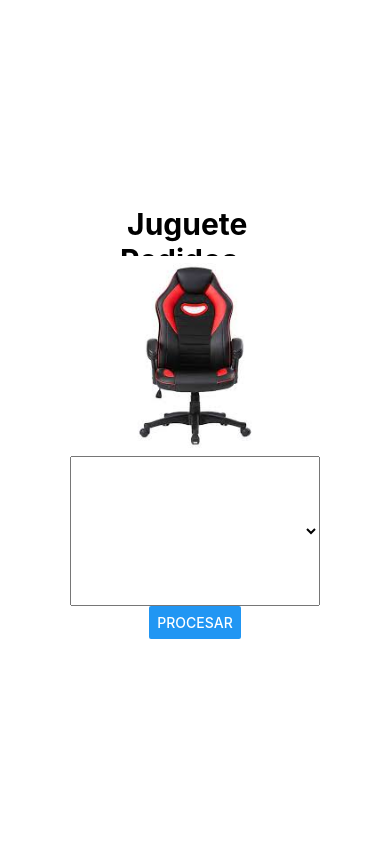
Repository: oscaredu1998/compras
Screen: / (app in frontend/)
The author's editor kept a copy of each file at every save. The screen is drawn from the files as they stood at one save, then again after the next save.
The app was drawn by React Native's web renderer in a window 390 px wide. The project was rebuilt for these pictures with package versions that can differ from the ones it lists, and the page was loaded fresh each time.

Above is the screen before, as saved 2020-02-21 18:16:10.

### frontend/App.js
import React, { Component } from 'react';
import { Picker, View, Image, StyleSheet, Button, Text, Alert } from 'react-native';
import axios from 'axios';

const URL = "http://192.168.0.104:5000/api/";

export default class App extends Component {
  state = {
    response: ''
  }

  handleSelect = text => {
    this.setState({ response: text });
  };

  getData = () => {
    axios.get(URL+this.state.response)
    .then(response => {
      Alert.alert("Usted ha selecionado: " + JSON.stringify(response.data.empresa),
      ("Tiempo estimado de: " + JSON.stringify(response.data.tiempo) + " para su entrega"))
      // this.setState({ serverRes: response.data.datos })
    })
    .catch(error => {
      console.log(error)
    })
  }

  render() {
    return (
      <View style={styles.container}>
        <Text style={{width: 150, height: 50, fontSize: 30, fontWeight: 'bold'}}> Juguete Pedidos</Text>
        <Image
            style={{width: 200, height: 200}}
            source={require('./assets/images.jpg')}
          />
        <Picker style={{ height: 150, width: 250 }} onValueChange={this.handleSelect}>
          <Picker.Item label="" value="" />
          <Picker.Item label="Fedex" value="fedex" />
          <Picker.Item label="Correo del Ecuador" value="correos-ecuador" />
          <Picker.Item label="Servientrega" value="servientrega" />
        </Picker>
        <Button
          title="Procesar"
          onPress = {() => {this.getData()}}
          // onPress={() => alert(JSON.stringify(this.state.response))}
        />
      </View>
    )
  }
}


const styles = StyleSheet.create({
  container: {
    flex: 1,
    backgroundColor: '#fff',
    alignItems: 'center',
    justifyContent: 'center',
  },
});

After the next save:
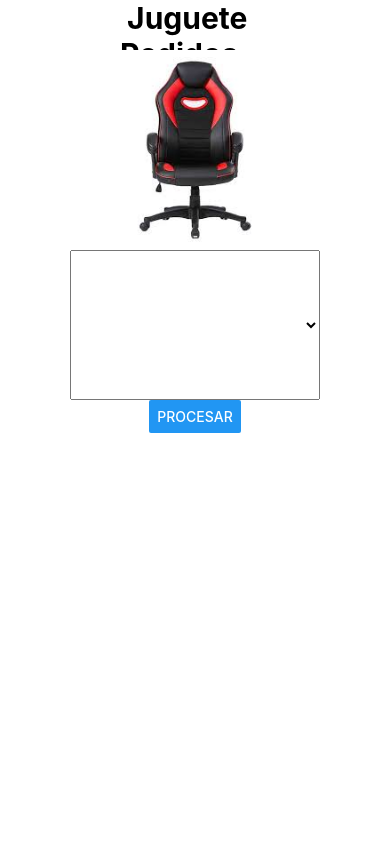
Saved 13 s later.
--- a/frontend/App.js
+++ b/frontend/App.js
@@ -52,7 +52,6 @@
 
 const styles = StyleSheet.create({
   container: {
-    flex: 1,
     backgroundColor: '#fff',
     alignItems: 'center',
     justifyContent: 'center',

After the save that followed:
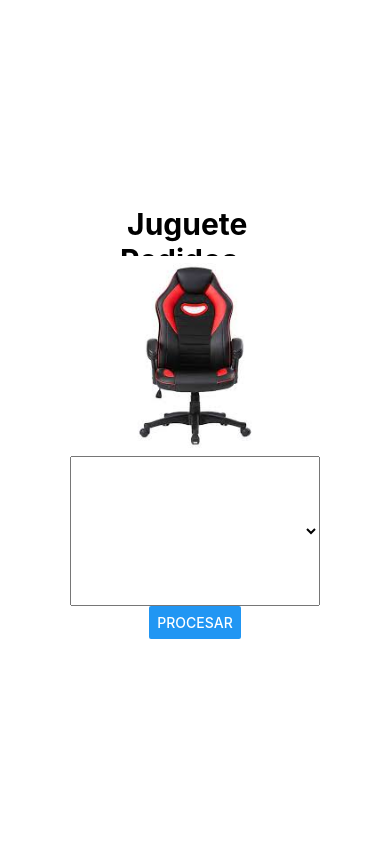
Saved 4 s later.
--- a/frontend/App.js
+++ b/frontend/App.js
@@ -52,6 +52,7 @@
 
 const styles = StyleSheet.create({
   container: {
+    flex: 1,
     backgroundColor: '#fff',
     alignItems: 'center',
     justifyContent: 'center',
